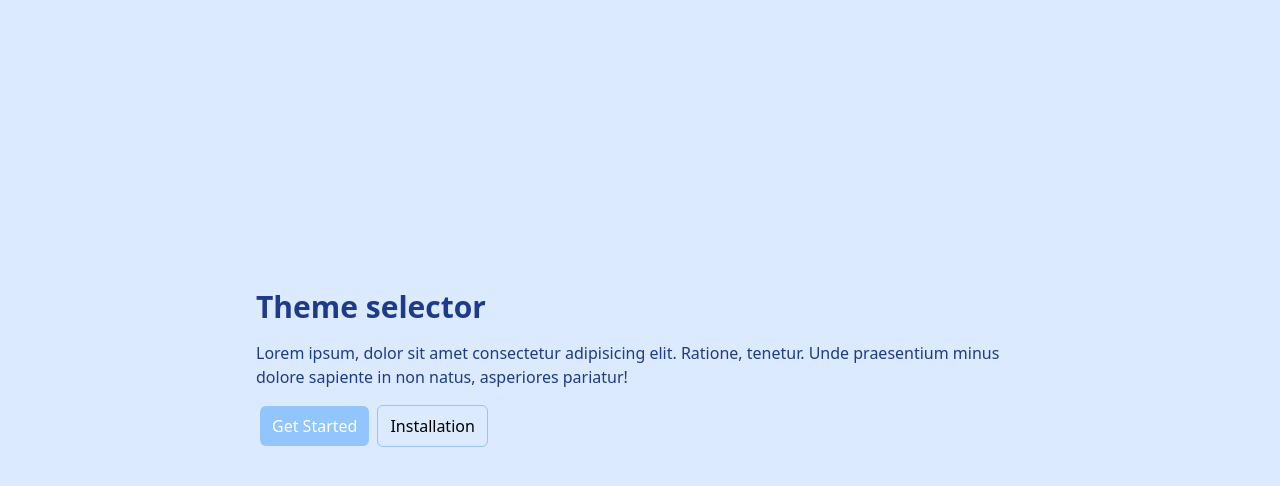
Repository: prince-bansal/tailwind-theme-switcher
Page: /
These files come from the project's save history. The page is drawn as it stood at one moment and after the next save; the edit follows.
The browser window is 1280 px wide. The pictures show the whole page.
The project was rebuilt for these pictures with package versions that can differ from the ones it lists, and the page was loaded fresh each time. Also part of the build but not shown: vite.config.ts, src/index.css.

Above is the page before, as saved 2024-03-17 19:29:09.

### src/App.tsx
import './App.css'

function App() {

  return (
    <div className="theme-blue bg-fill min-h-screen flex items-center justify-center">
      <div className="w-[60%] m-auto">
        <h1 className="text-3xl text-heading my-4 font-bold">Theme selector</h1>
        <p className="text-heading">
          Lorem ipsum, dolor sit amet consectetur adipisicing elit. Ratione,
          tenetur. Unde praesentium minus dolore sapiente in non natus,
          asperiores pariatur!
        </p>
        <button className="mt-4 bg-primary text-white p-2 px-3 mx-1 rounded-md">
          Get Started
        </button>
        <button className="mt-4 border-primary border p-2 px-3 mx-1 rounded-md">
          Installation
        </button>
      </div>{" "}
    </div>
  );
}

export default App

### src/App.css
@tailwind base;
@tailwind components;
@tailwind utilities;

@layer base{
    :root {
        --heading-color: rgb(139 92 246);
        --bg-fill: rgb(219 234 254);
        --bg-button-accent: rgb(167 139 250);
        --border-color:rgb(167 139 250);;
    }
    .theme-blue{
        --heading-color: rgb(30 58 138);
        --bg-fill: rgb(219 234 254);
        --bg-button-accent: rgb(167 139 250);
        --border-color: rgb(147 197 253);
    }

    .theme-red{
        --heading-color: rgb(220 38 38);
        --bg-fill: rgb(254 226 226);
        --bg-button-accent: rgb(252 165 165);
        --border-color: rgb(252 165 165);
    }

    .theme-green{
        --heading-color: rgb(21 128 61);
        --bg-fill: rgb(220 252 231);
        --bg-button-accent: rgb(134 239 172);
        --border-color: rgb(134 239 172);
    }


}

### tailwind.config.js
/** @type {import('tailwindcss').Config} */
export default {
  content: ["./index.html", "./src/**/*.{js,ts,jsx,tsx}"],
  theme: {
    extend: {
      colors: {
        heading: "var(--heading-color)",
      },
      backgroundColor: {
        "btn-accent": "var(--bg-button-accent)",
        fill: "var(--bg-fill)",
        primary: "var(--border-color)",
      },
      borderColor: {
        primary: "var(--border-color)",
      },
    },
  },
  plugins: [],
};

Loaded but not shown: index.html (common file); src/main.tsx (common file)

After the next save:
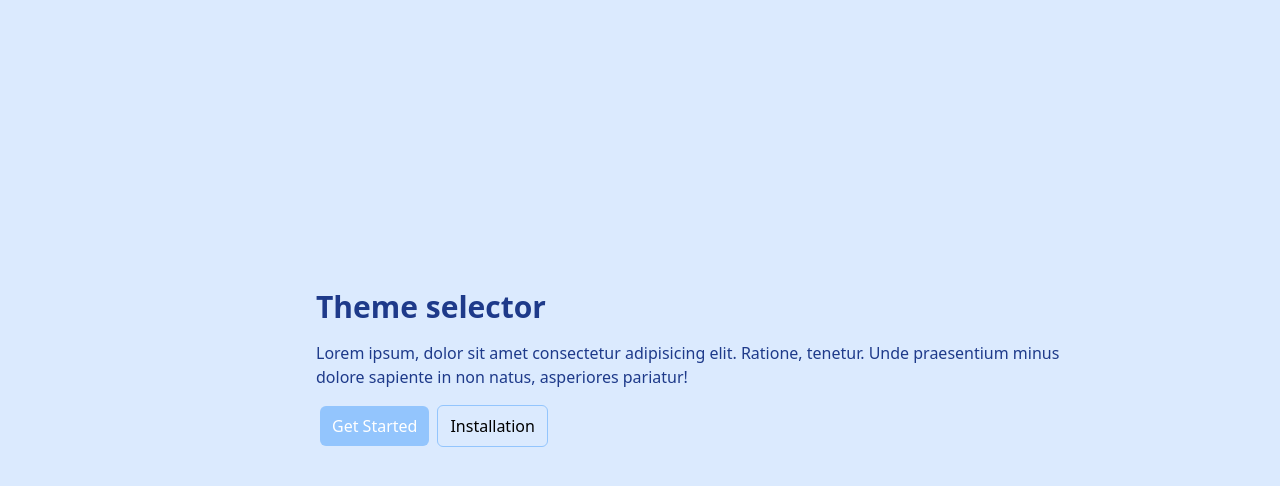
Saved 2 min 14 s later.
--- a/src/App.tsx
+++ b/src/App.tsx
@@ -4,6 +4,8 @@ function App() {
 
   return (
     <div className="theme-blue bg-fill min-h-screen flex items-center justify-center">
+     {['red', 'blue', 'green'].map(color=> <div className={`h-10 w-10 bg-${color}-500`}></div>)}
+
       <div className="w-[60%] m-auto">
         <h1 className="text-3xl text-heading my-4 font-bold">Theme selector</h1>
         <p className="text-heading">
